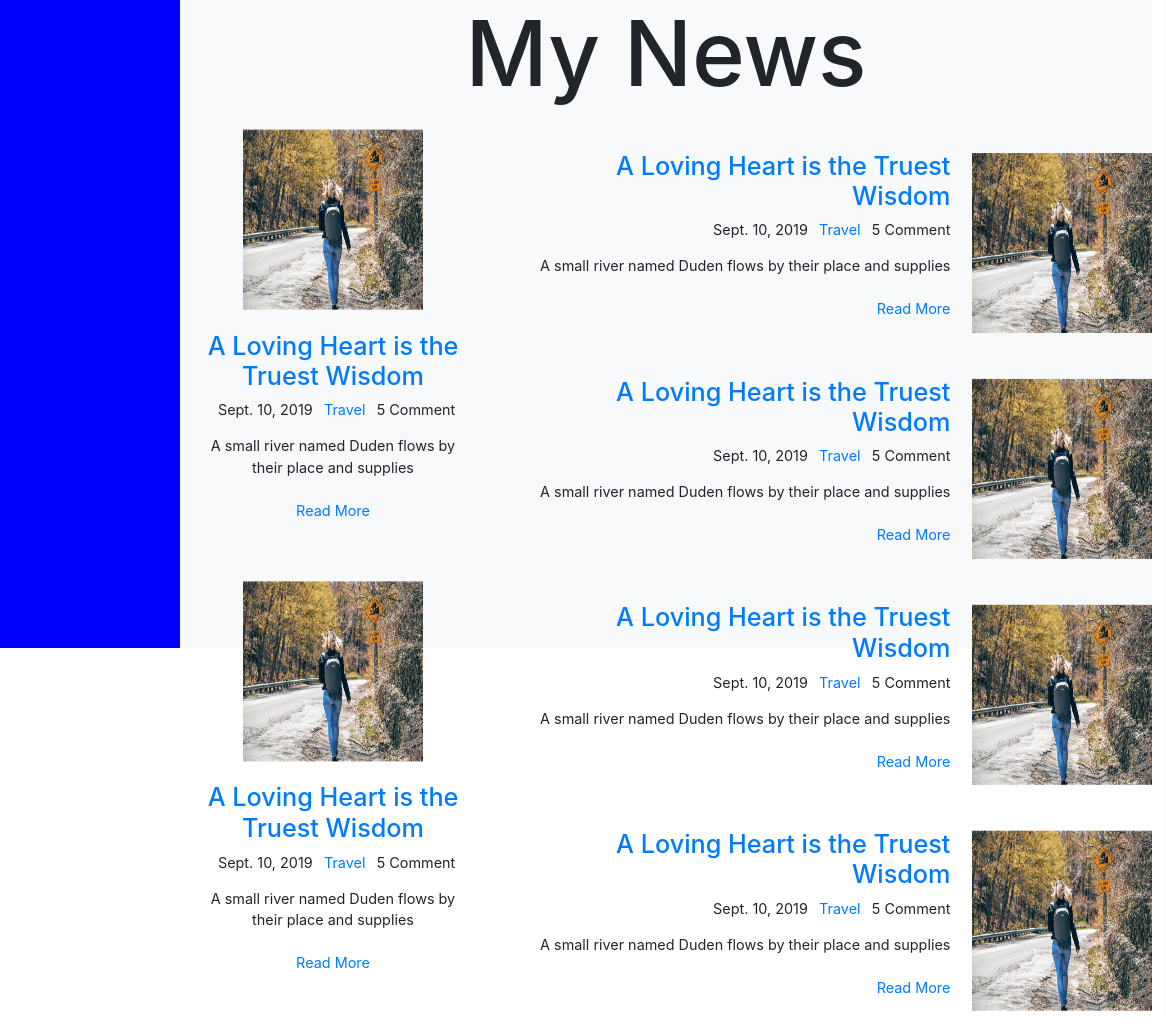
Repository: tts2610/GoogleNews
Page: index.html
An editor plug-in stored every save of this project. The page is shown before and after the next save, followed by the edit.
The browser window is 1280 px wide. The page is 1295 px wide, then 1280 px, so the pictures cover 1295 px, including what lies to the right of the window. The pictures show the whole page, at 90% of full size.
An inner scrolling area shows only its first screen.

Above is the page before, as saved 2020-05-20 14:21:08.

After the next save:
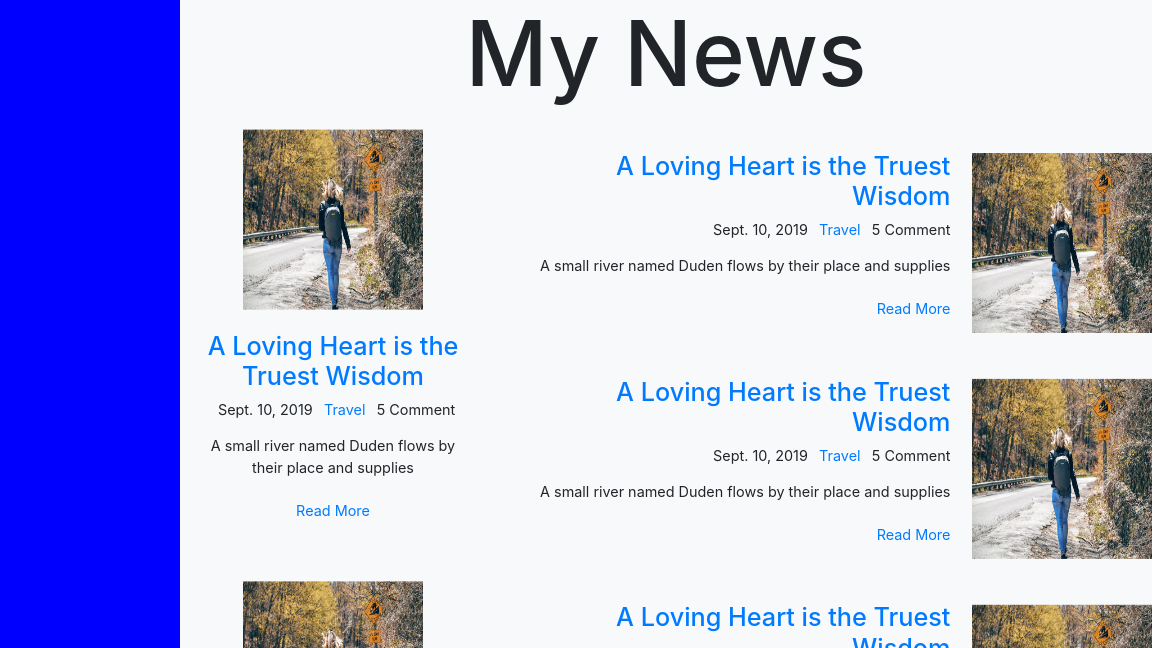
Saved 11 s later.
--- a/css/style.css
+++ b/css/style.css
@@ -21,7 +21,7 @@ body {
     float: right;
     position: relative;
     background-color: #f8f9fa;
-    /* overflow-y: scroll; */
+    overflow-y: scroll;
 }
 
 .blog-entry-left {
